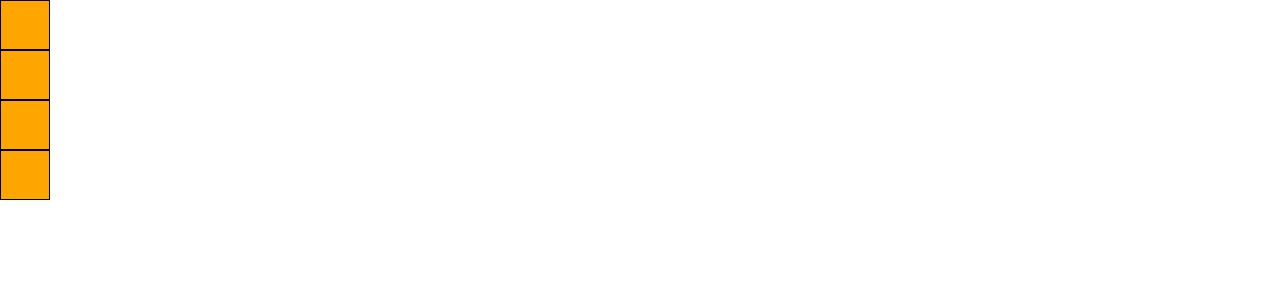
Repository: wisdomphamdev/flex-box
Page: index.html
An editor plug-in stored every save of this project. The page is shown before and after the next save, followed by the edit.
The browser window is 1280 px wide. The pictures show the whole page.

Above is the page before, as saved 2024-06-10 20:59:44.

After the next save:
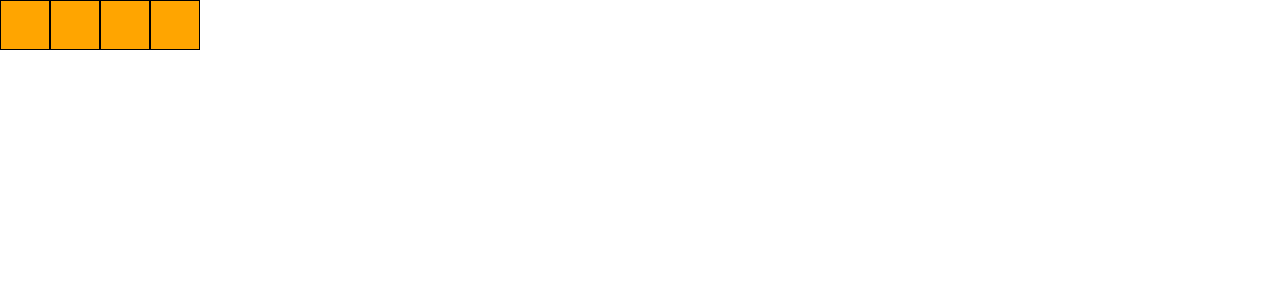
Saved 4 s later.
--- a/style.css
+++ b/style.css
@@ -15,6 +15,6 @@
     display: flex;
     /* flex-direction: column; */
     /* flex-direction: row; */
-    flex-direction: column;
+    flex-direction: co;
 
 }

After the save that followed:
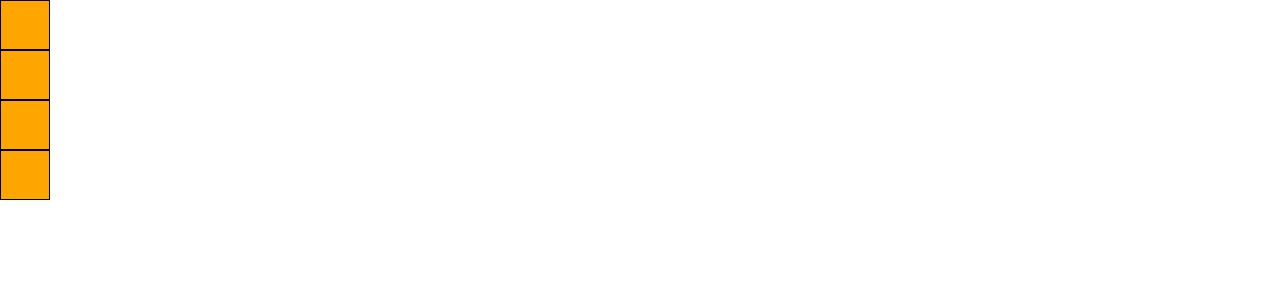
Saved 5 s later.
--- a/style.css
+++ b/style.css
@@ -15,6 +15,6 @@
     display: flex;
     /* flex-direction: column; */
     /* flex-direction: row; */
-    flex-direction: co;
+    flex-direction: column-reverse;
 
 }
